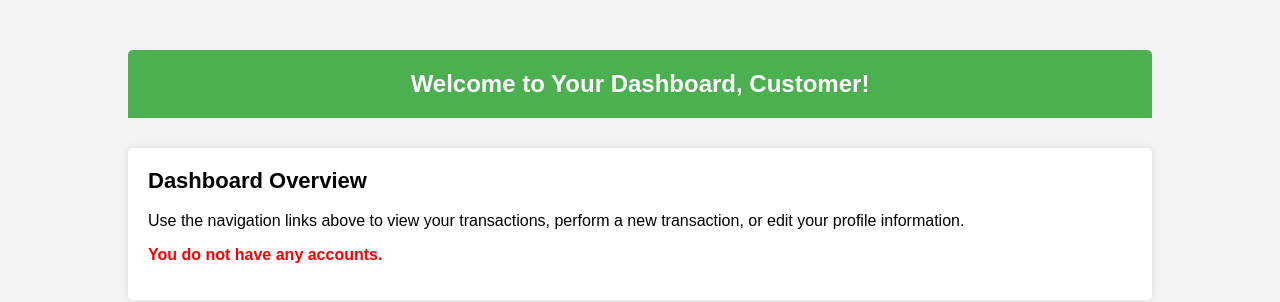
Repository: vinayakGarudi2002/swabhavTrainingProjects
Page: http://localhost/01_banking_application/customerDashboard.jsp
These files come from the project's save history. The page is drawn as it stood at one moment and after the next save; the edit follows.
The browser window is 1280 px wide. The pictures show the whole page.
The page is served by Tomcat 9.

Above is the page before, as saved 2024-08-11 16:58:34.

After the next save:
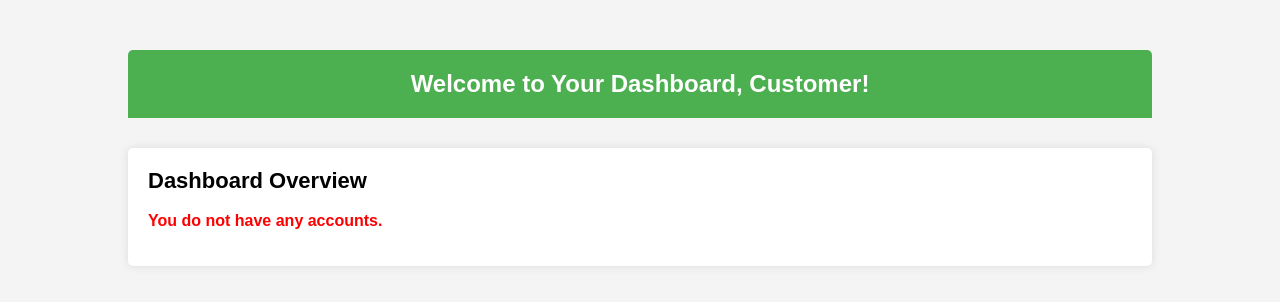
Saved 48 s later.
--- a/01_banking_application/WebContent/customerDashboard.jsp
+++ b/01_banking_application/WebContent/customerDashboard.jsp
@@ -92,7 +92,7 @@
 
         <div class="content">
             <h2>Dashboard Overview</h2>
-            <p>Use the navigation links above to view your transactions, perform a new transaction, or edit your profile information.</p>
+
 
             <%
                 // Retrieve the list of account numbers from the session
@@ -121,7 +121,7 @@
             <a href="performTransaction.jsp">Perform Transaction</a>
             <a href="editProfile.jsp">Edit Profile</a>
         </div>
-
+  <p>Use the navigation links above to view your transactions, perform a new transaction, or edit your profile information.</p>
             </div>
             <%
                 }
